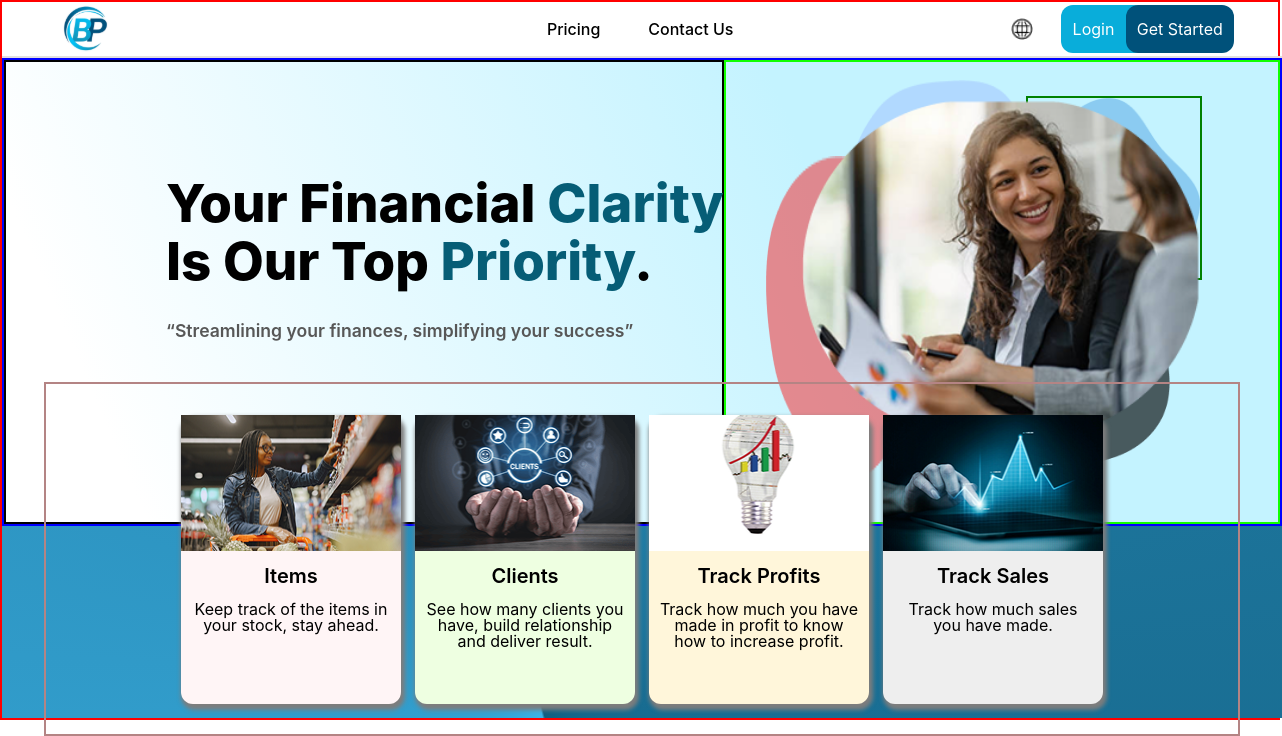
Repository: dark-txch/Bizpadi
Page: /
The author's editor kept a copy of each file at every save. The page is drawn from the files as they stood at one save, then again after the next save.
The browser window is 1280 px wide. The page is 1282 px wide, so the pictures cover 1282 px, including what lies to the right of the window. The pictures show the whole page.
The project was rebuilt for these pictures with package versions that can differ from the ones it lists, and the page was loaded fresh each time. Also part of the build but not shown: vite.config.js, src/components/ErrorBoundary.jsx, src/components/LandingPage/PricingPage/Pricing.jsx, src/components/LandingPage/LogInPage/LogIn.jsx.

Above is the page before, as saved 2025-04-07 09:50:40.

After the next save:
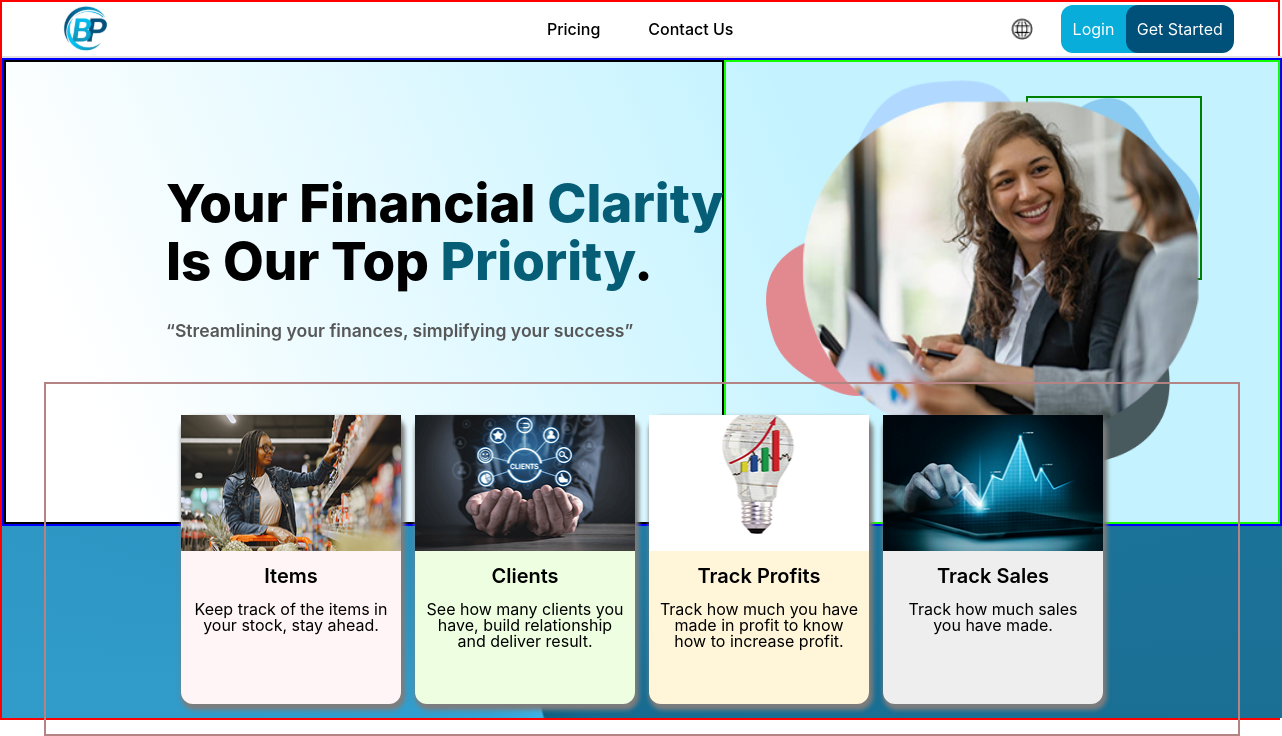
Saved 5 s later.
--- a/src/App.css
+++ b/src/App.css
@@ -195,7 +195,7 @@
 .landingPageImages > img:nth-of-type(4) {
 	/* DARK ORANGE VECTOR*/
 	/* height: 153px; */
-	height: 20rem;
+	height: 10rem;
 	width: 152px;
 	transform: translate(-10rem, 3rem);
 
